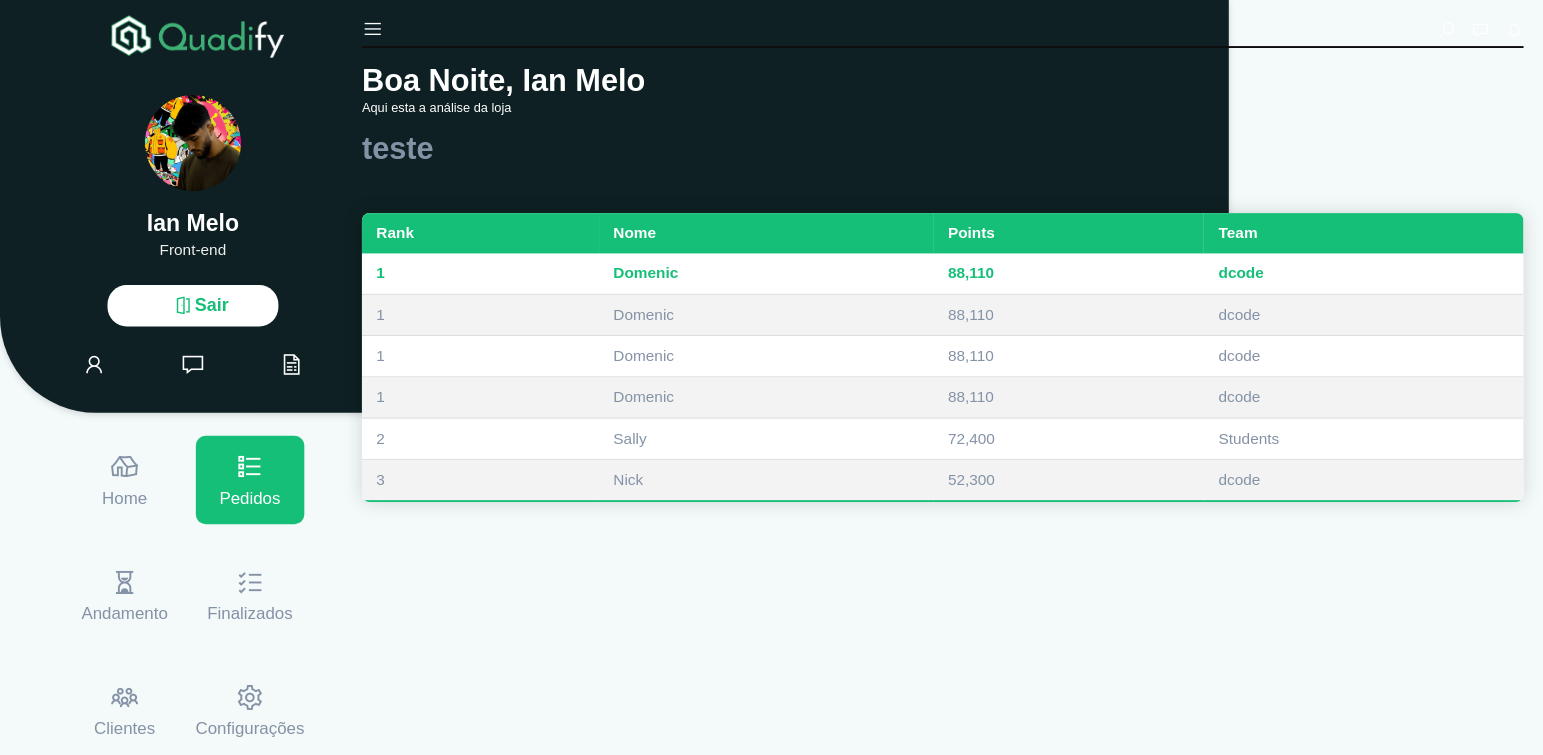
Repository: ichumbo/StarkDashboard
Page: pedidos.html
These files come from the project's save history. The page is drawn as it stood at one moment and after the next save; the edit follows.
The browser window is 1280 px wide. The page is 1607 px wide, so the pictures cover 1607 px, including what lies to the right of the window. The pictures show the whole page, at 96% of full size.

Above is the page before, as saved 2023-06-14 14:13:47.

### pedidos.html
<!DOCTYPE html>
<html lang="pt-br">
<head>

    <meta charset="UTF-8">
    <meta http-equiv="X-UA-Compatible" content="IE=edge">
    <meta name="viewport" content="width=device-width, initial-scale=1.0">
    <title>Quadify</title>
    <!--CSS-->
    <link rel="stylesheet" href="css/style.css">
    <!--Icons-->
    <link rel="stylesheet" href="https://maxst.icons8.com/vue-static/landings/line-awesome/font-awesome-line-awesome/css/all.min.css">
    <link rel="stylesheet" href="https://maxst.icons8.com/vue-static/landings/line-awesome/line-awesome/1.3.0/css/line-awesome.min.css">

</head>
<body>
<!-------------------------------------------------Perfil------------------------------------------------------>
    <div class="page-wrapper">
        <input type="checkbox" name="" id="menu-toggle">

        <div class="sidebar">
            <div class="brand">
                <img src="./img/icontrue.png" alt="Quadify" class="icon-header">
            </div>

            <div class="profile-card">
                <div class="profile-img">
                    <img src="./img/iconphoto.png" alt="Perfil" class="photo-header">
                </div>
                <div class="profile-info">
                    <h2>Ian Melo</h2>
                    <small>Front-end</small>
                </div>
                <div class="profile-action">
                    <a href="login.html" class="btn btn-white">
                        <span class="las la-door-open"></span>
                        <h3>Sair</h3>
                    </a>
                </div>
                <div class="profile-icons">
                    <span class="las la-user"></span>
                    <span class="las la-comment-alt"></span>
                    <span class="las la-file-invoice"></span>
                </div>
            </div>

<!-----------------------------------------------------Menu---------------------------------------------------->

            <div class="sidebar-menu">
                <div class="menu-item">
                    <a href="index.html">
                        <span class="las la-campground"></span>
                        <span>Home</span>
                    </a>
                </div>

                <div class="menu-item">
                    <a href="" class="active">
                        <span class="las la-list"></span>
                        <span>Pedidos</span>
                    </a>
                </div>

                <div class="menu-item">
                    <a href="">
                        <span class="las la-hourglass-half"></span>
                        <span>Andamento</span>
                    </a>
                </div>

                <div class="menu-item">
                    <a href="">
                        <span class="las la-list-alt"></span>
                        <span>Finalizados</span>
                    </a>
                </div>

                <div class="menu-item">
                    <a href="">
                        <span class="las la-users"></span>
                        <span>Clientes</span>
                    </a>
                </div>

                <div class="menu-item">
                    <a href="">
                        <span class="las la-cog"></span>
                        <span>Configurações</span>
                    </a>
                </div>

            </div>
        </div>

<!-------------------------------------------------Header------------------------------------------------------>
        <div class="main-content">
            <header>
                <label for="menu-toggle">
                    <span class="las la-bars"></span>
                </label>

                <div class="head-icons">
                    <span class="las la-search"></span>
                    <span class="las la-comment-alt"></span>
                    <span class="las la-bell"></span>
                </div>
            </header>

<!--------------------------------------------------Main--------------------------------------------------------->
            <main>
                <div class="page-header">
                    <h1>Boa Noite, Ian Melo</h1>
                    <small>Aqui esta a análise da loja</small>
                </div>

                <div class="analytics-register">
                    <table class="content-table">
                        <thead>
                            <h1>teste</h1>
                            <tr>
                            <th>Rank</th>
                            <th>Nome</th>
                            <th>Points</th>
                            <th>Team</th>
                            </tr>
                        </thead>
                        <tbody>
                            <tr class="active-row">
                            <td>1</td>
                            <td>Domenic</td>
                            <td>88,110</td>
                            <td>dcode</td>
                            </tr>
                            <tr>
                            <td>1</td>
                            <td>Domenic</td>
                            <td>88,110</td>
                            <td>dcode</td>
                            </tr>
                            <tr>
                            <td>1</td>
                            <td>Domenic</td>
                            <td>88,110</td>
                            <td>dcode</td>
                            </tr>
                            <tr>
                            <td>1</td>
                            <td>Domenic</td>
                            <td>88,110</td>
                            <td>dcode</td>
                            </tr>
                            <tr>
                            <td>2</td>
                            <td>Sally</td>
                            <td>72,400</td>
                            <td>Students</td>
                            </tr>
                            <tr>
                            <td>3</td>
                            <td>Nick</td>
                            <td>52,300</td>
                            <td>dcode</td>
                            </tr>
                        </tbody>
                        </table>
                </div>

            </main>
        </div>
    </div>

<!----------------------------------------Script------------------------------------------->

</body>
</html>

### css/style.css
@import url(./global.css);
@import url(./color.css);
@import url(./sidebar.css);
@import url(./header.css);
@import url(./main.css);
@import url(./login.css);
@import url(./registro.css);

/*------------------------------------------------------------------------------------------------------------------------------------------*/

#menu-toggle {
    display: none;
}

### css/global.css
@import url('https://fonts.googleapis.com');

* {
    font-family: 'Nunito', sans-serif;
    text-decoration: none;
    list-style-type: none;
    padding: 0;
    margin: 0;
    box-sizing: border-box;
}

body {
    color: var(--main-text);
    background: var(--bg-body);
}

.icon-header {
    width: 200px;
    margin-left: -30px;
    margin-top: 10px;
}

.photo-header {
    width: 100px;

}

.btn {
    border: none;
    outline: none;
    border-radius: 20px;
    padding: .6rem 2rem;
    display: flex;
    align-items: center;
}

.btn-white {
    background: var(--color-white);
}

.btn span {
    font-size: 1.5rem;
    display: inline-block;
    margin-left: .6rem;
}

.page-wrapper {
    width: 93%;
    margin: auto;
    display: flex;
}

.page-wrapper::before {
    content: "";
    width: 100%;
    height: 430px;
    position: absolute;
    left: 0;
    top: 0;
    background: var(--bg-body-dark);
    z-index: -1;
    border-radius: 0px 0px 0px 100px;
    box-shadow: var(--shadow);
}

### css/color.css
:root {
    --color-main: #16BF78;
    --color-secondary: #0A5938;
    --color-3: #16BF78;
    --color-4: #0F0E0E;
    --color-dark: #100F0F;
    --color-dark-secundary: #181823;
    --bg-body-dark: #0E2023;
    --bg-body: #F4F9F9;
    --color-white: #FFFFFF;
    --main-accent: #DC8449;
    --main-text: #8492A6;
    --success: #28A745;
    --danger: #DC3545;
    --shadow: rgba(0, 0, 0, 0.15) 0px 2px 8px;
    --shadow2: 6px 5px 5px rgba(125, 141, 161, 0.3);
}

### css/sidebar.css
.sidebar {
    width: 250px;
    margin-left: 40px;
}

.brand {
    height: 70px;
    display: flex;
    align-items: center;
    padding-left: 3rem;
}

.brand h3 {
    font-size: 1.8rem;
    color: var(--color-white);
}

/*-----------------------------------------------PROFILE----------------------------------------------*/

.profile-card {
    text-align: center;
    margin: 1rem 0rem;
}

.profile-img {
    height: 120px;
    width: 120px;
    border-radius: 50%;
    margin: auto;
    background-size: cover;
    background-repeat: no-repeat;
    margin-top: 1.8rem;
}

.profile-info {
    color: var(--color-white);
}

.profile-info h2 {
    margin-bottom: .3rem;
}

.profile-info small {
    font-size: 1rem;
    color: #EFEFEF;
}

.profile-action {
    margin: 1.7rem;
}

.profile-action span {
    color: var(--color-main);
    margin-left: 35px;
    font-weight: 600;
}

.profile-action a {
    color: var(--color-main);
    font-size: 1rem;
}

.profile-icons {
    display: flex;
    justify-content: space-between;
    align-items: center;
    margin-bottom: 3.8rem;
}

.profile-icons span {
    display: inline-block;
    color: var(--color-white);
    font-size: 1.65rem;
}

/*-----------------------------------------------MENU----------------------------------------------*/

.sidebar-menu {
    display: grid;
    grid-template-columns: repeat(2, 1fr);
    grid-gap: 1.8rem;
}

.menu-item a {
    display: block;
    width: 100%;
    padding: 1rem 0rem;
    border-radius: 10px;
    color: var(--color-white);
    transition: all 300ms ease;
}

.menu-item a span {
    display: block;
    text-align: center;
    color: var(--main-text);
    font-size: 1.1rem;
}

.menu-item a span:first-child {
    font-size: 2rem;
    margin-bottom: .4rem;
}

.menu-item a.active {
    background: var(--color-main);
}

.menu-item a.active span {
    color: var(--color-white);
}

/*-----------------------------------------------Cards----------------------------------------------*/

.sidebar-card {
    padding: 1rem;
    border-radius: 10px;
    background: var(--color-main);
    margin: 2rem 0rem;
    color: var(--color-white);
}

.sidebar-card h3 {
    margin-bottom: 1rem;
    font-size: 1.4rem;
}

.sidebar-card p {
    line-height: 1.9rem;
    margin-bottom: 1rem;
    font-size: .9rem;
    text-align: justify;
}

.sidebar-card a {
    text-align: center;
    font-weight: 600;
    color: var(--main-text);
    display: block;
    font-size: 1.1rem;
}

### css/header.css
.main-content {
    padding: 0 20px 0px 60px;
    flex: 1;
}

header {
    display: flex;
    justify-content: space-between;
    align-items: center;
    height: 50px;
    border-bottom: 2px solid var(--color-4);
    padding-top: 1rem;
    color: var(--color-white)
}

header label {
    display: inline-block;
    font-size: 1.4rem;
}

.head-icons {
    display: flex;
    align-items: center;
}

.head-icons span {
    margin-left: 1rem;
    display: inline-block;
    font-size: 1.2rem;
}

### css/main.css
.page-header {
    color: var(--color-white);
    margin: 1rem 0rem;
}

.analytics {
    display: grid;
    grid-template-columns: 65% auto;
    grid-gap: 2rem;
    margin-top: 3rem;
}

.card {
    background: var(--color-white);
    border-radius: 10px;
    box-shadow: var(--shadow);
}

.card-head {
    font-size: 1rem;
    color: var(--color-main);
    font-weight: 600;
    padding: 1rem 2rem;
    border-bottom: 1px solid var(--color-main);
}

.card-body {
    padding: 1.5rem 2rem;
}

.sales-card .card-body {
    padding: .3rem;
}

.card-footer {
    padding: 1rem;
}

.chart-wrapper {
    padding-top: 1rem 0rem;
}

### css/login.css
#login-bg {
    background-color: #1B1F27;
    overflow: hidden;
}


/*--------------------------IMGS------------------------------*/
.wave {
    position: fixed;
    height: 100%;
    left: 0;
    bottom: 0;
    z-index: -1;
}

.stats {
    position: fixed;
    height: 100%;
    left: 145px;
    bottom: 0;
    width: 350px;
}

.icon {
    position: fixed;
    height: 395px;
    left: 150px;
    bottom: 325px;
    width: auto;
}


/*--------------------------FORM-------------------------------*/
.area-login {
    display: flex;
    height: 100vh;
    justify-content: center;
    align-items: center;
}

.login img {
    width: 70px;
    height: auto;
}

.login {
    display: flex;
    flex-direction: column;
    align-items: center;
    background-color: #181920;
    width: 355px;
    height: 355px;
    padding: 25px 35px;
    border-radius: 8px;
    box-shadow: var(--shadow);
    border: 1px solid #16BF78;
    margin-left: 600px;
}

.login form {
    display: flex;
    flex-direction: column;
    width: 100%;
}


/*--------------------------INPUTS-------------------------------*/
.login .input-form {
    margin-top: 10px;
    background-color: #252A34;
    color: #16BF78;
    border: none;
    height: 45px;
    outline: none;
    border-radius: 8px;
    padding-left: 10px;
}

.login .input-form:hover {
    border: 1px solid #16BF78;
}

.login .submit {
    margin-top: 10px;
    background-color: #16BF78;
    color: #1B1F27;
    height: 45px;
    outline: none;
    border-radius: 8px;
    padding-left: 10px;
    border: none;
    font-size: 15px;
    font-weight: 600;
    cursor: pointer;
    transition: all 300ms ease;
}

.login .submit:hover {
    background-color: var(--color-secondary);
    transition: all 300ms ease;
    color: #16BF78;
}

input::placeholder {
    color: #CBD0F7;
    font-size: 14px;
}


/*--------------------------SUB-TEXT-------------------------------*/
.sub-text {
    font-size: 12px;
    margin-top: 25px;
    color: #CBD0F7;
}

.sub-text a {
    color: #16BF78;
}

### css/registro.css
#register-bg {
    background-color: #1B1F27;
    overflow: hidden;
}


/*--------------------------IMGS------------------------------*/
.wave {
    position: fixed;
    height: 100%;
    left: 0;
    bottom: 0;
    z-index: -1;
}

.register-img {
    position: fixed;
    left: 195px;
    bottom: 150px;
    width: 245px;
}

.icon {
    position: fixed;
    height: 395px;
    left: 150px;
    bottom: 325px;
    width: auto;
}


/*--------------------------FORM-------------------------------*/
.area-register {
    display: flex;
    height: 100vh;
    justify-content: center;
    align-items: center;
}

.register img {
    width: 70px;
    height: auto;
}

.register {
    display: flex;
    flex-direction: column;
    align-items: center;
    background-color: #181920;
    width: 355px;
    height: 475px;
    padding: 25px 35px;
    border-radius: 8px;
    box-shadow: var(--shadow);
    border: 1px solid #16BF78;
    margin-left: 600px;
}

.register form {
    display: flex;
    flex-direction: column;
    width: 100%;
}


/*--------------------------INPUTS-------------------------------*/
.register .input-form {
    margin-top: 10px;
    background-color: #252A34;
    color: #16BF78;
    border: none;
    height: 45px;
    outline: none;
    border-radius: 8px;
    padding-left: 10px;
}

.register .input-form:hover {
    border: 1px solid #16BF78;
}

.register .submit {
    margin-top: 10px;
    background-color: #16BF78;
    color: #1B1F27;
    height: 45px;
    outline: none;
    border-radius: 8px;
    padding-left: 10px;
    border: none;
    font-size: 15px;
    font-weight: 600;
    cursor: pointer;
    transition: all 300ms ease;
}

.register .submit:hover {
    background-color: var(--color-secondary);
    transition: all 300ms ease;
    color: #16BF78;
}

input::placeholder {
    color: #CBD0F7;
    font-size: 14px;
}


/*---------------------------SUB-TEXT--------------------------------*/
.sub-text {
    font-size: 12px;
    margin-top: 25px;
    color: #CBD0F7;
}

.sub-text a {
    color: #16BF78;
}


/*----------------------------TABLE---------------------------------*/
.content-table {
    overflow: hidden;
    background-color: var(--color-white);
    border-collapse: collapse;
    width: 1210px;
    margin-top: 3rem;
    font-size: 1rem;
    border-radius: 8px;
    box-shadow: 0 0 20px rgba(0, 0, 0, 0.15);
}

.content-table thead tr {
    background-color: var(--color-main);
    color: #ffffff;
    text-align: left;
    font-weight: bold;
}

.content-table th,
.content-table td {
    padding: 12px 15px;
}

.content-table tbody tr {
    border-bottom: 1px solid #dddddd;
}

.content-table tbody tr:nth-of-type(even) {
    background-color: #f3f3f3;
}

.content-table tbody tr:last-of-type {
    border-bottom: 2px solid var(--color-main);
}

.content-table tbody tr.active-row {
    font-weight: bold;
    color: var(--color-main);
}

After the next save:
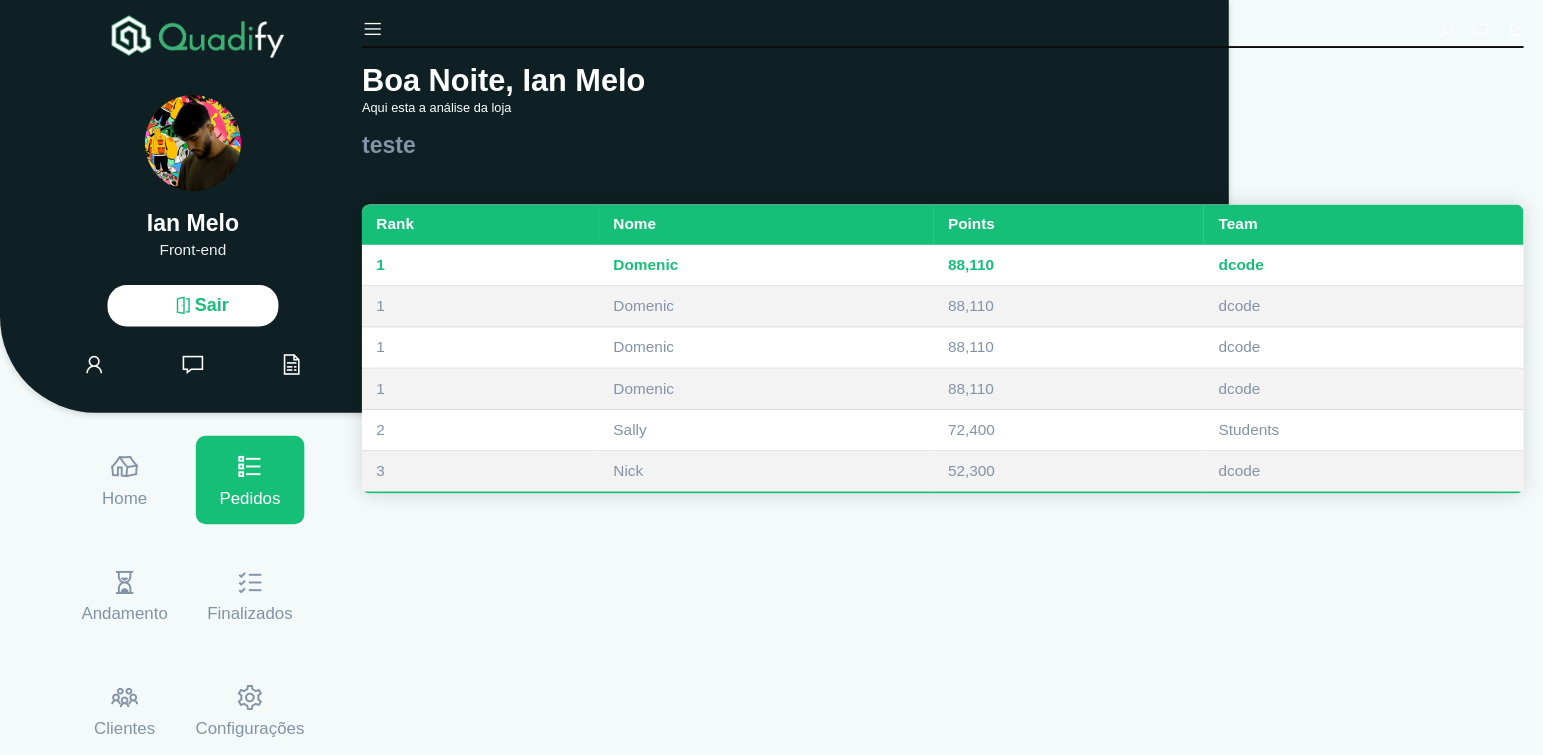
Saved 12 s later.
--- a/pedidos.html
+++ b/pedidos.html
@@ -116,7 +116,7 @@
                 <div class="analytics-register">
                     <table class="content-table">
                         <thead>
-                            <h1>teste</h1>
+                            <h2>teste</h2>
                             <tr>
                             <th>Rank</th>
                             <th>Nome</th>
